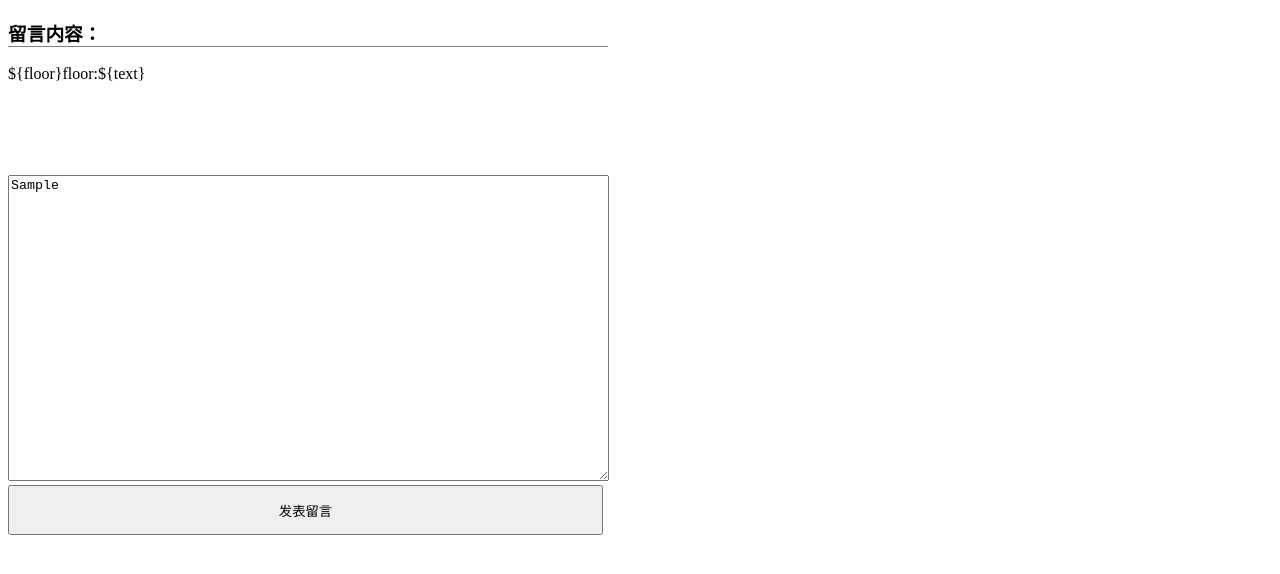
Repository: tfdonna/fontend
Page: js第一阶段/jquery/WebContent/留言板.html
The author's editor kept a copy of each file at every save. The page is drawn from the files as they stood at one save, then again after the next save.
The browser window is 1280 px wide. The pictures show the whole page.
Empty fields were first filled with sample values (such as "Sample", 5 or name@example.com).
After loading, the first visible `button` was clicked once.

Above is the page before, as saved 2021-09-06 02:18:42.

After the next save:
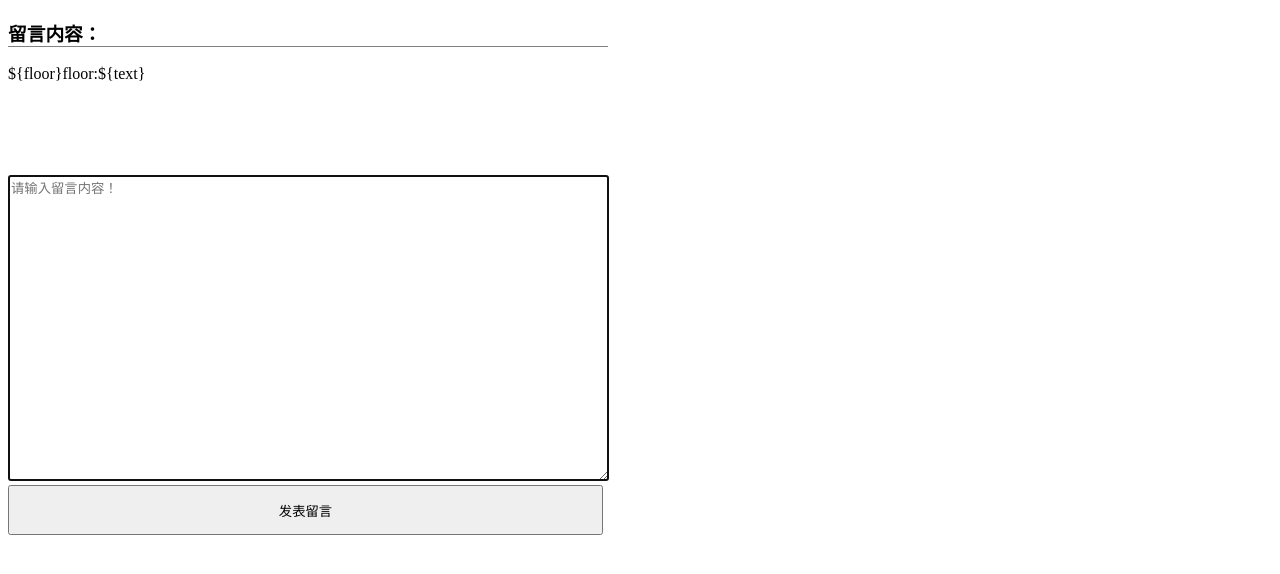
Saved 72 s later.
--- a/js第一阶段/jquery/WebContent/留言板.html
+++ b/js第一阶段/jquery/WebContent/留言板.html
@@ -67,7 +67,10 @@
 			$('button').click(function () {
 				floor++;
 				var text = $('textarea').val();
-				$('.doc').append('<p>${floor}floor:${text}');
+				$('.doc').append('<p>${floor}floor:${text}</p>');
+				$('textarea').val('');
+				//获取光标闪动   让textarea获取到光标
+				$('textarea').focus();
 			})
 		})
     </script>
